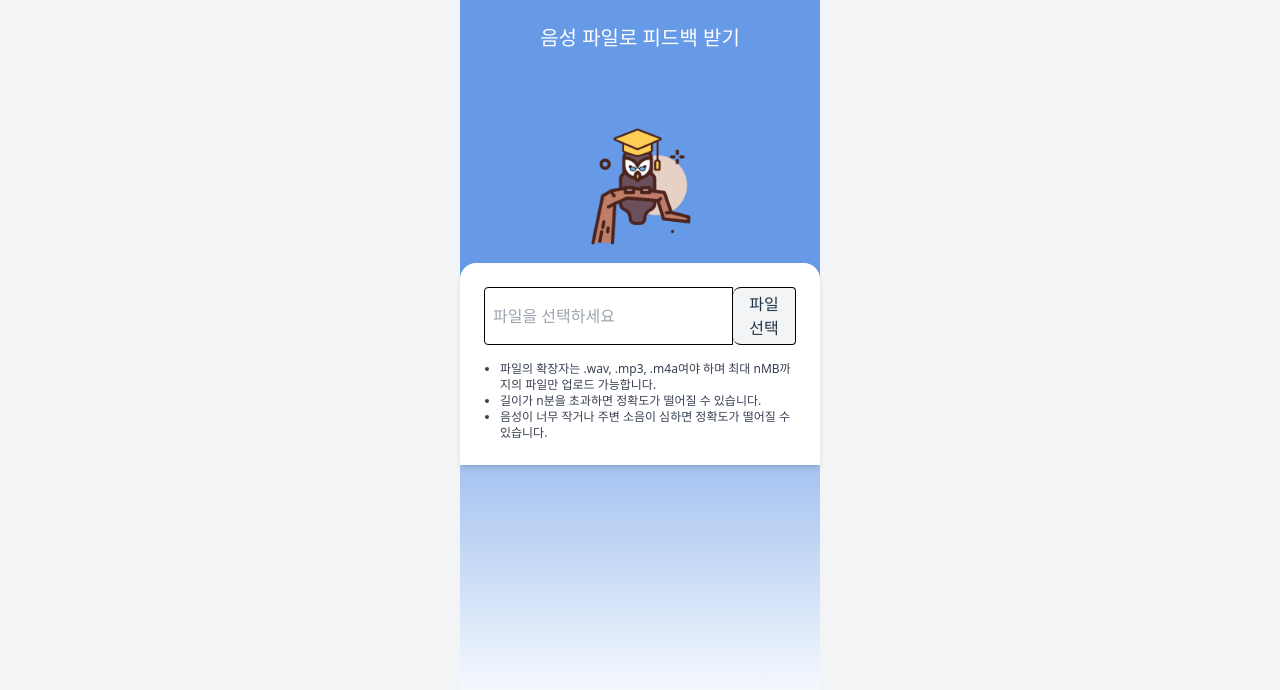
Repository: yurim1205/mini_front
Page: /file (app in frontend/)
The author's editor kept a copy of each file at every save. The page is drawn from the files as they stood at one save, then again after the next save.
The browser window is 1280 px wide. The pictures show the whole page.
The project was rebuilt for these pictures with package versions that can differ from the ones it lists, and the page was loaded fresh each time. Also part of the build but not shown: frontend/vite.config.js, frontend/src/components/common/Button.jsx, frontend/src/components/buttons/fileFeedbackBtn.jsx, frontend/src/components/buttons/rec_FeedbackBtn.jsx, frontend/src/pages/home.jsx.

Above is the page before, as saved 2025-05-13 17:41:46.

### frontend/src/App.jsx
import { BrowserRouter, Routes, Route } from 'react-router-dom';
import Home from './pages/home';
import FileFeedback from './pages/fileFeedback';
import RecordFeedback from './pages/recordFeedback';

function App() {
  return (
    <BrowserRouter>
      <Routes>
        <Route path="/" element={<Home />} />
        <Route path="/file" element={<FileFeedback />} />
        <Route path="/record" element={<RecordFeedback />} />
      </Routes>
    </BrowserRouter>
  );
}

export default App;

### frontend/src/pages/fileFeedback.jsx
import React from "react";
import { useNavigate } from "react-router-dom";
import owlImg from "../assets/img/owl.png"; // 부엉이 이미지 경로에 맞게 수정

function FileUploadPage() {
  const navigate = useNavigate();

  return (
    <div className="w-screen h-screen flex justify-center items-center bg-gray-100">
      <div
        className="relative h-screen flex flex-col items-center max-w-[360px] w-full"
        style={{
          background: "linear-gradient(to bottom, #6699E6 0%, #6699E6 40%, #fff 100%)"
        }}
      >
        <div className="flex items-center w-full px-4 pt-6">
          {/* <button onClick={() => navigate(-1)} className="text-2xl mr-2">{'←'}</button> */}
          <span className="text-xl font-semibold mx-auto text-white">음성 파일로 피드백 받기</span>
        </div>

        <img
          src={owlImg}
          alt="owl"
          className="w-32 mx-auto mt-16 "
        />

        <div className="bg-white rounded-t-2xl shadow-md w-full px-6 py-6 mt-2 flex flex-col items-center">
          {/* 파일 업로드 부분 */}
          <div className="flex w-full mb-4">
            <input
              type="text"
              className="border border-black rounded-l px-2 py-1 flex-1"
              placeholder="파일을 선택하세요"
              readOnly
            />
            <button className="border border-black border-l-0 rounded-r px-4 py-1 bg-gray-100">
              파일 선택
            </button>
          </div>
          <ul className="text-xs text-gray-700 w-full list-disc pl-4">
            <li>파일의 확장자는 .wav, .mp3, .m4a여야 하며 최대 nMB까지의 파일만 업로드 가능합니다.</li>
            <li>길이가 n분을 초과하면 정확도가 떨어질 수 있습니다.</li>
            <li>음성이 너무 작거나 주변 소음이 심하면 정확도가 떨어질 수 있습니다.</li>
          </ul>
        </div>
      </div>
    </div>
  );
}

export default FileUploadPage;

### frontend/src/pages/recordFeedback.jsx
import { useNavigate } from 'react-router-dom';

function RecordFeedback() {
    const navigate = useNavigate();

    return(
df
    )
}

export default RecordFeedback;

### frontend/tailwind.config.js
/** @type {import('tailwindcss').Config} */
export default {
    content: [
      "./index.html",
      "./src/**/*.{js,ts,jsx,tsx}",
    ],
    theme: {
      extend: {
        colors:{
          'main-top': '#6699E6',
          'main-bottom': '#0A27E5',
        }
      },
    },
    plugins: [],
  }

Loaded but not shown: frontend/index.html (common file); frontend/src/main.jsx (common file); frontend/src/index.css (common file)

After the next save:
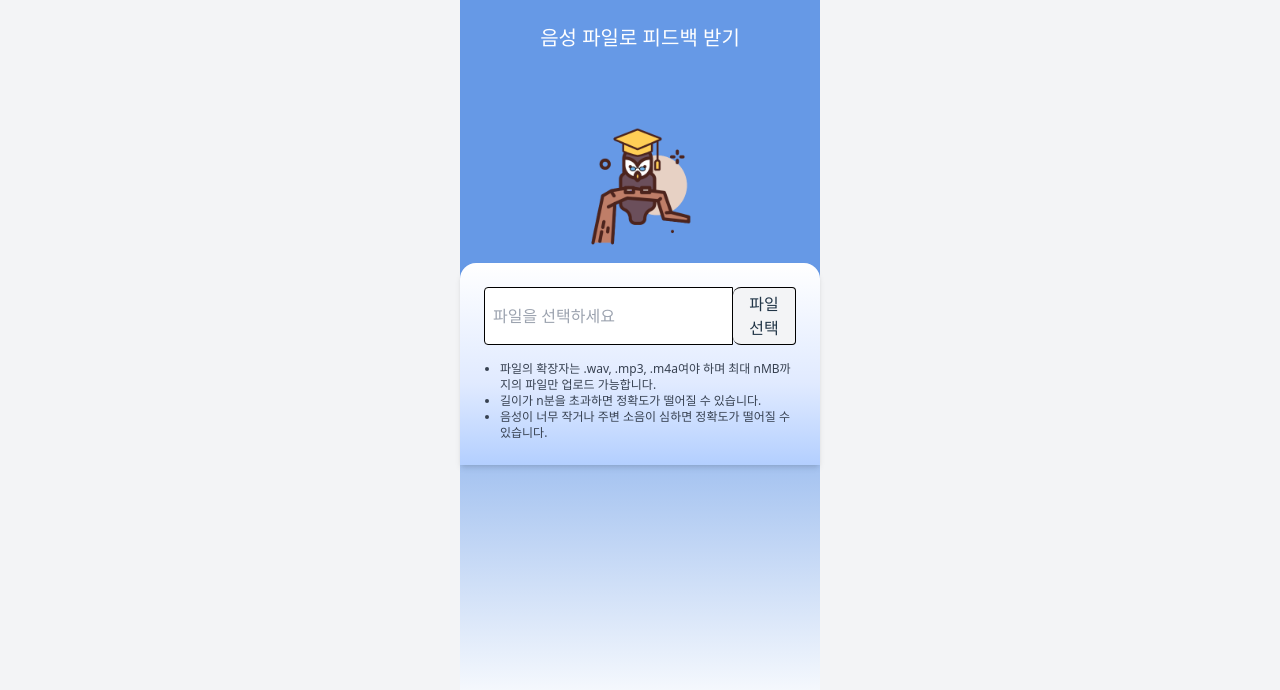
Saved 90 s later.
--- a/frontend/src/pages/fileFeedback.jsx
+++ b/frontend/src/pages/fileFeedback.jsx
@@ -24,7 +24,12 @@
           className="w-32 mx-auto mt-16 "
         />
 
-        <div className="bg-white rounded-t-2xl shadow-md w-full px-6 py-6 mt-2 flex flex-col items-center">
+        <div
+          className="rounded-t-2xl shadow-md w-full px-6 py-6 mt-2 flex flex-col items-center"
+          style={{
+            background: "linear-gradient(to bottom, #fff 0%, #e0eaff 60%, #b3cfff 100%)"
+          }}
+        >
           {/* 파일 업로드 부분 */}
           <div className="flex w-full mb-4">
             <input
